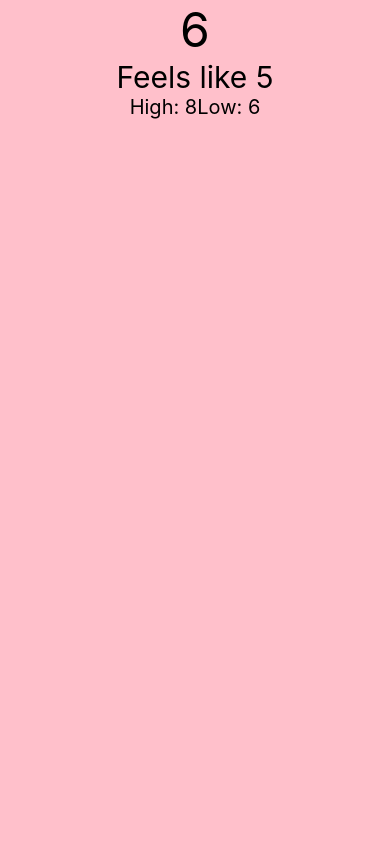
Repository: akinmiday/fcc
Screen: / (app in WeatherApp/)
An editor plug-in stored every save of this project. The screen is shown before and after the next save, followed by the edit.
The app was drawn by React Native's web renderer in a window 390 px wide. The project was rebuilt for these pictures with package versions that can differ from the ones it lists, and the page was loaded fresh each time.

Above is the screen before, as saved 2023-07-18 07:14:35.

After the next save:
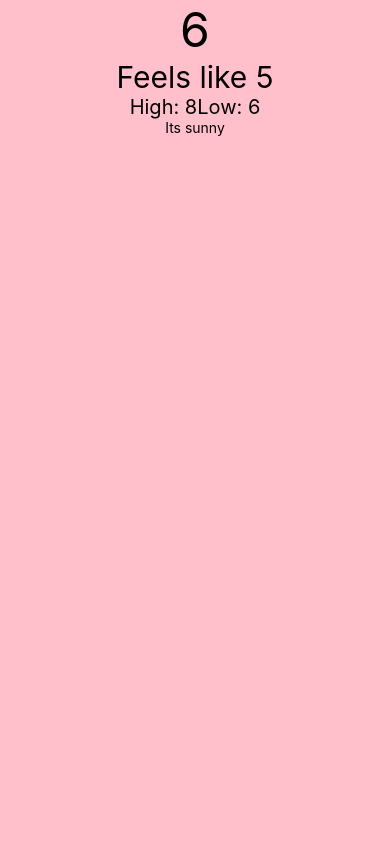
Saved 32 s later.
--- a/WeatherApp/App.js
+++ b/WeatherApp/App.js
@@ -11,7 +11,10 @@ const App = () =>{
         <Text style={styles.highLow} >High: 8</Text>
         <Text style={styles.highLow} >Low: 6</Text>
       </View>
-
+      <View>
+        <Text>Its sunny</Text>
+        <Text></Text>
+      </View>
 
     </View>
    </SafeAreaView>
